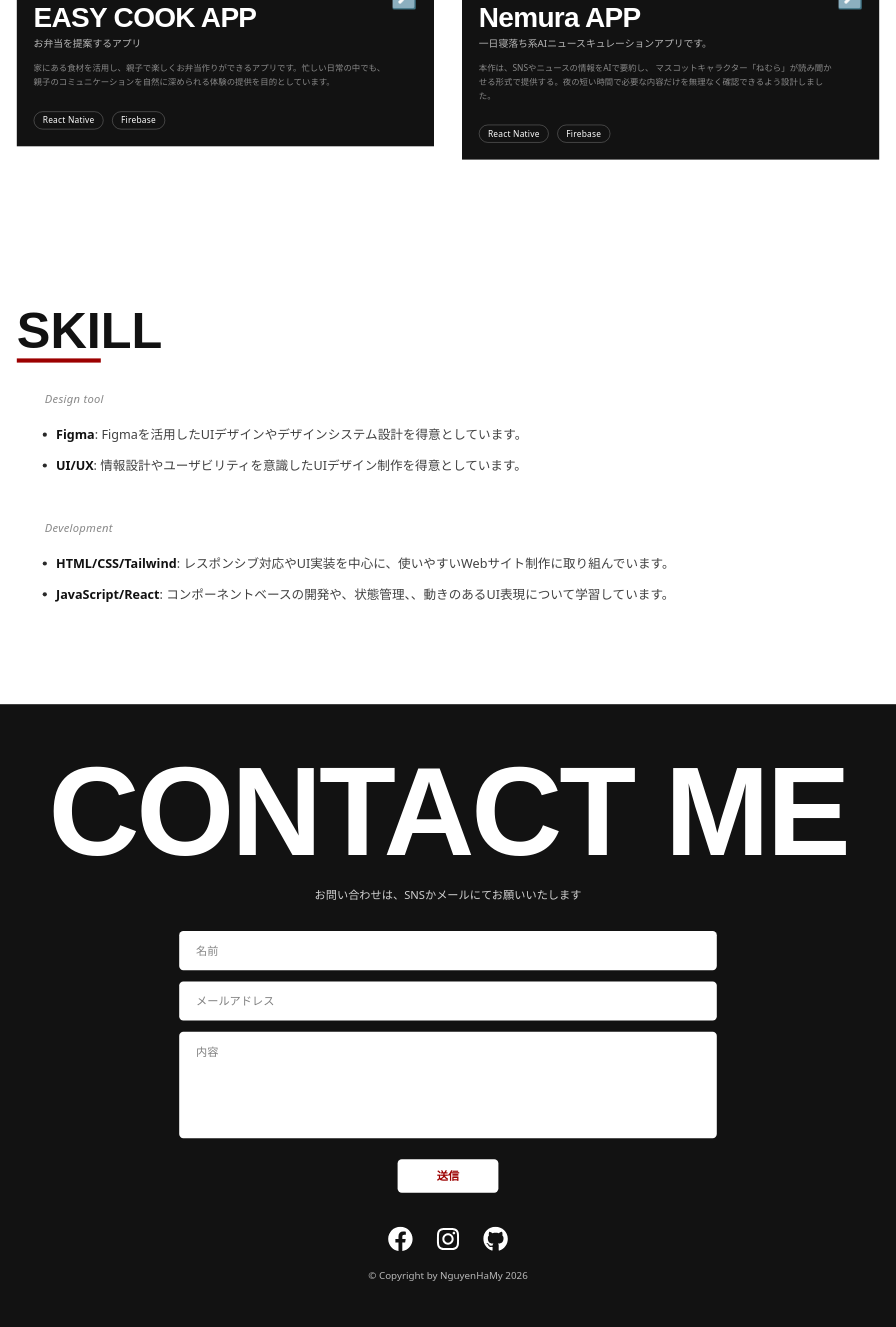
Repository: meme2603/Portfolio-HaMy
Page: / (app in my-portfolio/)
The author's editor kept a copy of each file at every save. The page is drawn from the files as they stood at one save, then again after the next save.
The browser window is 1280 px wide. The pictures show the part of the page from y = 4370 to 6290 px (the page is 6266 px tall before and 6290 px after), at 70% of full size.
Some web fonts or font styles are not loaded; a fallback is used. The project was rebuilt for these pictures with package versions that can differ from the ones it lists, and the page was loaded fresh each time. Also part of the build but not shown: my-portfolio/vite.config.js.

Above is the page before, as saved 2026-05-29 14:54:41.

After the next save:
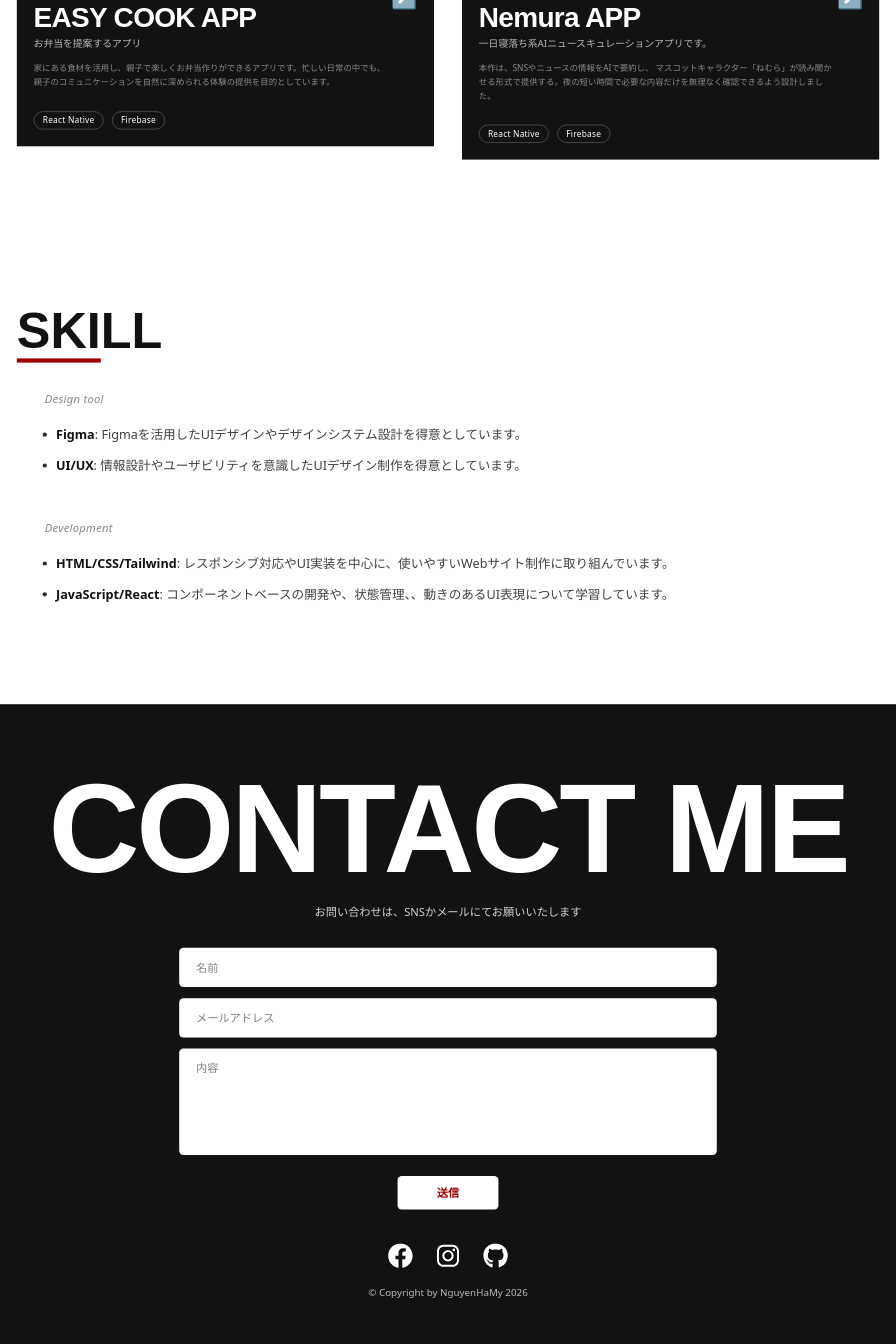
Saved 29 s later.
--- a/my-portfolio/src/components/Contact.jsx
+++ b/my-portfolio/src/components/Contact.jsx
@@ -3,7 +3,7 @@ import { FaFacebook, FaInstagram, FaGithub } from "react-icons/fa";
 function Contact() {
   return (
     <section className="bg-font text-background py-16 overflow-hidden mt-20">
-      <div className="max-w-7xl mx-auto px-6">
+      <div className="max-w-7xl mx-auto pt-6">
         <h1
           className="
                 text-center
